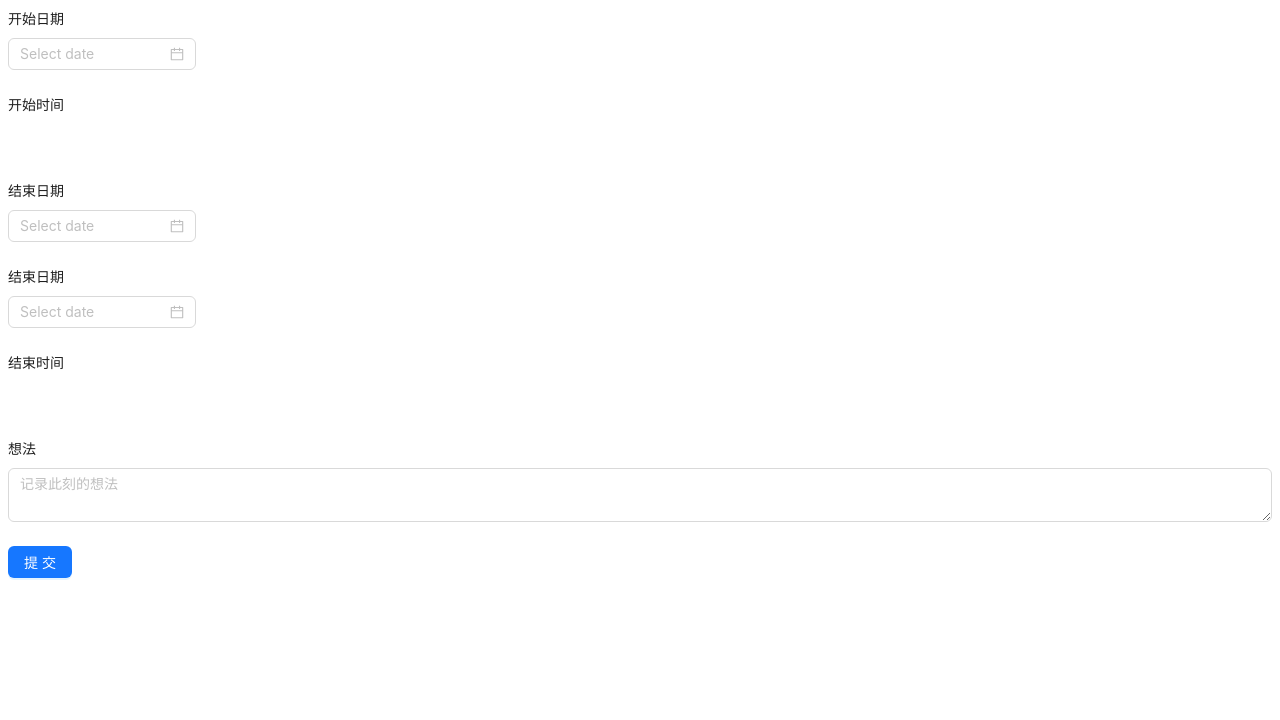
Repository: wujieli0207/time-value-app
Page: /
An editor plug-in stored every save of this project. The page is shown before and after the next save, followed by the edit.
The browser window is 1280 px wide. The pictures show the whole page.
The project was rebuilt for these pictures with package versions that can differ from the ones it lists, and the page was loaded fresh each time. Also part of the build but not shown: vite.config.ts.

Above is the page before, as saved 2024-01-29 10:50:12.

After the next save:
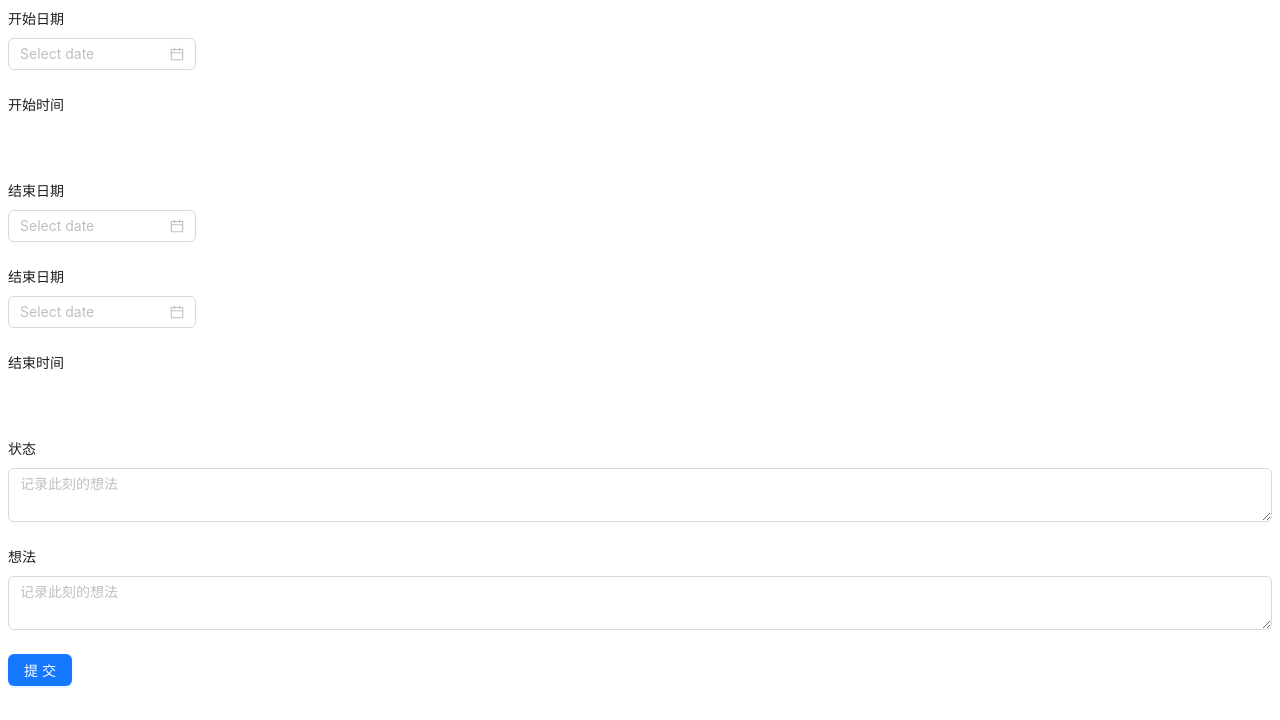
Saved 20 s later.
--- a/src/App.tsx
+++ b/src/App.tsx
@@ -51,6 +51,11 @@ function App() {
           <DatePicker />
         </Form.Item>
         <Form.Item<FieldType> name="endTime" label="结束时间"></Form.Item>
+
+        <Form.Item<FieldType> name="status" label="状态">
+          <Input.TextArea placeholder="记录此刻的想法" />
+        </Form.Item>
+
         <Form.Item<FieldType> name="description" label="想法">
           <Input.TextArea placeholder="记录此刻的想法" />
         </Form.Item>
